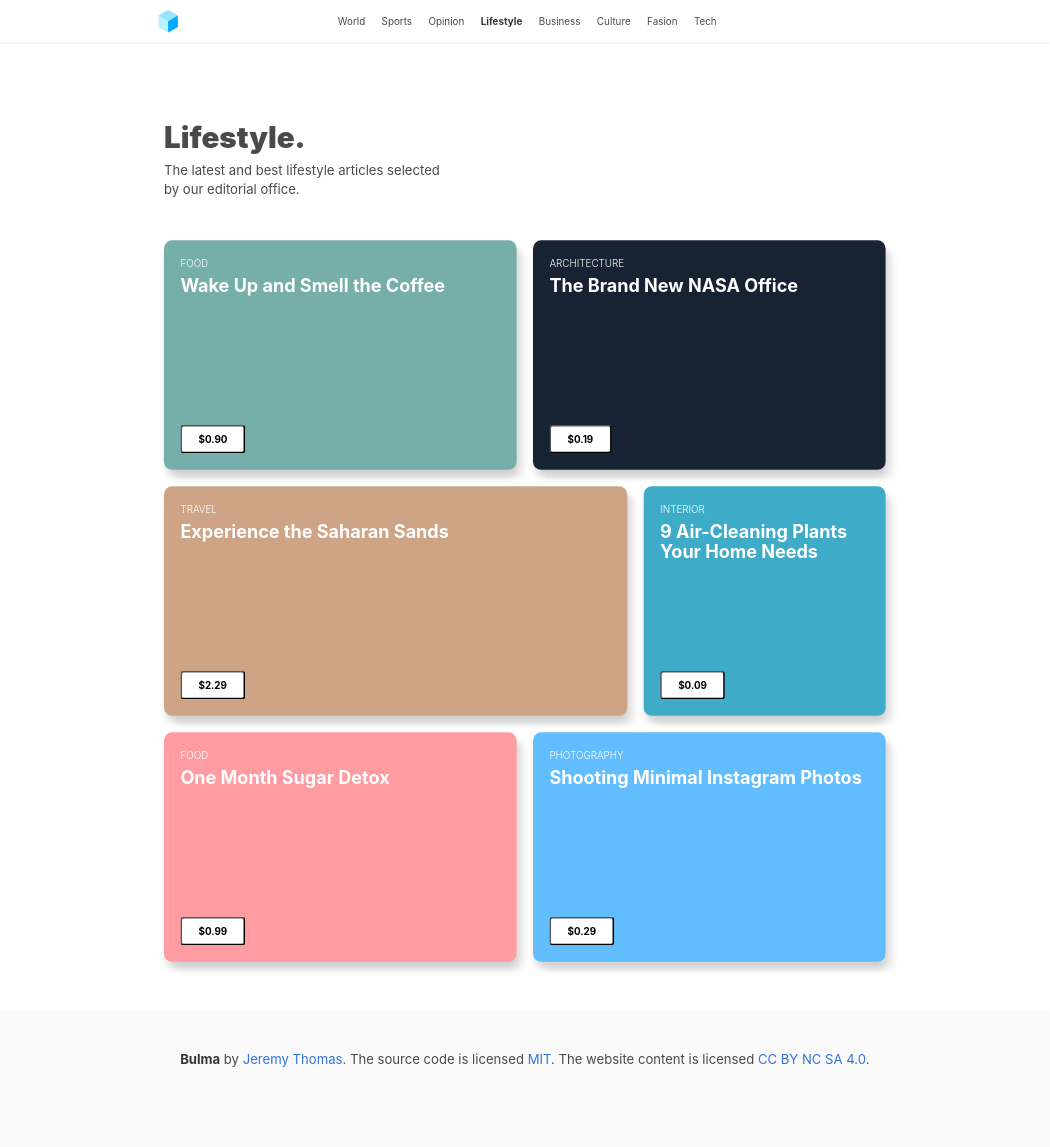
Repository: DOODpls/js_ass1
Page: index.html
An editor plug-in stored every save of this project. The page is shown before and after the next save, followed by the edit.
The browser window is 1280 px wide. The pictures show the whole page, at 82% of full size.

Above is the page before, as saved 2019-11-22 19:01:46.

### index.html
<!DOCTYPE html>
<html>
<head>
    <title></title>
    <link rel="stylesheet" href="https://cdnjs.cloudflare.com/ajax/libs/bulma/0.7.5/css/bulma.min.css" integrity="sha256-vK3UTo/8wHbaUn+dTQD0X6dzidqc5l7gczvH+Bnowwk=" crossorigin="anonymous" />
    <link rel="stylesheet" type="text/css" href="./styles.css">
</head>
<body>

    <nav class="navbar">
        <div class="container">
            <div class="logo"></div>
            <ul>
                <li>World</li>
                <li>Sports</li>
                <li>Opinion</li>
                <li><strong>Lifestyle</strong></li>
                <li>Business</li>
                <li>Culture</li>
                <li>Fasion</li>
                <li>Tech</li>
            </ul>
            <span class="icon">
              <i class="ion-ionic" style='color: black; background: black;'></i>
            </span>
        </div>
    </nav>

    <section class="section">
        <div class="container">
            <div style='margin: 40px 10px 40px'>
                <h1>Lifestyle.</h1>
                <p>The latest and best lifestyle articles selected<br/>
                    by our editorial office.
                </p>
            </div>
        </div>
        <div class="container">
            <div class='card-row' id='content'></div>
        </div>
    </section>

    <footer class="footer">
        <div class="content has-text-centered">
            <p>
                <strong>Bulma</strong> by <a href="https://jgthms.com">Jeremy Thomas</a>. The source code is licensed
                <a href="http://opensource.org/licenses/mit-license.php">MIT</a>. The website content
                is licensed <a href="http://creativecommons.org/licenses/by-nc-sa/4.0/">CC BY NC SA 4.0</a>.
            </p>
        </div>
    </footer>

    <script type="text/javascript" src='./app.js'></script>
</body>
</html>

### styles.css
/* - - - - - - - - - - - - - - - - - - - - - - - - - - - - - -
GENERAL
- - - - - - - - - - - - - - - - - - - - - - - - - - - - - - */
h1 {
    font-size: 36px;
    font-weight: 900;
}

.container {
    max-width: 900px;
}

/* - - - - - - - - - - - - - - - - - - - - - - - - - - - - - -
NAV
- - - - - - - - - - - - - - - - - - - - - - - - - - - - - - */
nav {
    border-bottom: 1px solid #ededed;
}

.navbar > .container {
    display: flex;
    align-items: center;
    justify-content: space-between;
}

nav .container ul {
    display: flex;
}

nav .container ul li {
    margin: 0 10px;
    font-size: 12px;
}

.logo {
    background: url('./img/logo.svg');
    background-size: 24px;
    background-position: center;
    background-repeat: no-repeat;

    height: 30px;
    width: 30px;
}

@media (max-width: 600px) {
    nav .container {
        padding: 0 30px;
    }

    nav .container ul {
        display: none;
    }
}

/* TILES */
.card-row {
    display: flex;
    flex-wrap: wrap;
}

.card {
    height: 280px;
    border-radius: 10px;
    background: rgba(23, 35, 50, 1);
    flex: 1 230px;
    margin: 10px;
    padding: 20px;
    position: relative;
    box-shadow: 2px 8px 9px 0px rgba(0, 0, 0, 0.14),
        11px 11px 6px rgba(0, 0, 0, 0.05);
}

.card .buy-button {
    position: absolute;
    bottom: 20px;
    left: 20px;
    background: white;
    color: black;
    border-radius: 4px;
    padding: 8px 20px;
    font-size: 12px;
    font-weight: 700;
}

.card .topic {
    color: white;
    font-weight: 300;
    font-size: 12px;
    text-transform: uppercase;
    margin-bottom: 5px;
}
.card .title {
    color: white;
    font-weight: 700;
    font-size: 22px;
}

### app.js
const green = 'rgba(118,174, 170, 1)'
const black = 'rgba(23,35, 50, 1)'
const brown = 'rgba(205,164, 133, 1)'
const greenblue = 'rgba(62,171, 201, 1)'
const pink = 'rgba(254,156, 161, 1)'
const blue = 'rgba(98,189, 254, 1)'

const data = [
    {
        topic: 'Food',
        title: 'Wake Up and Smell the Coffee',
        price: '$0.90',
        color: green
    },
    {
        topic: 'Architecture',
        title: 'The Brand New NASA Office',
        price: '$0.19',
        color: black
    },
    {
        topic: 'Travel',
        title: 'Experience the Saharan Sands',
        price: '$2.29',
        color: brown
    },
    {
        topic: 'Interior',
        title: '9 Air-Cleaning Plants Your Home Needs',
        price: '$0.09',
        color: greenblue
    },
    {
        topic: 'Food',
        title: 'One Month Sugar Detox',
        price: '$0.99',
        color: pink
    },
    {
        topic: 'Photography',
        title: 'Shooting Minimal Instagram Photos',
        price: '$0.29',
        color: blue
    }
]

// Instructions
// Take the data above and display it as tiles on the page
        //tried to do sort, but i suck
        // const button1 = document.querySelector('body section .container')
        // const btn1 = document.createElement('button')
        // btn1.className= 'buy-button'
        // btn1.id = "butt1"
        // button1.appendChild(btn1)

        // function sort1(){
        //     data.sort((a, b) => (a.topic > b.topic) ? 1 : -1)
        // }

        // const button2 = document.querySelector('#butt1')
        // button2.addEventListener('click', function(event) {
        //     sort1()
        // })

    for(i=0; i<data.length; i++){
        let heig
        if(i == 2 && 3 && 5 && 6){
            heig = '500px'
        }

        const tilers = document.querySelector('#content')
        const divr = document.createElement('div')
        divr.className= 'card'
        divr.style.backgroundColor = data[i].color
        divr.style.flex = heig
        divr.id = 'divtile'+ i
        tilers.appendChild(divr)

        const p1 = document.querySelector('#divtile'+i)
        const pr1 = document.createElement('p')
        pr1.textContent = data[i].topic
        pr1.className= 'topic'
        p1.appendChild(pr1)

        const p2 = document.querySelector('#divtile'+i)
        const pr2 = document.createElement('p')
        pr2.textContent = data[i].title
        pr2.className= 'title'
        p2.appendChild(pr2)

        const btn1 = document.querySelector('#divtile'+i)
        const btr2 = document.createElement('button')
        btr2.textContent = data[i].price
        btr2.className= 'buy-button'
        btn1.appendChild(btr2)
    }

    // data.forEach(function(item)
    // {
    //     const tilers = document.querySelector('#content')
    //     const divr = document.createElement('div')
    //     divr.className = 'card'
    //     divr.style.backgroundColor = item.color
    //     tilers.appendChild(divr)

    //     const pr1 = document.createElement('p')
    //     pr1.textContent = item.topic
    //     pr1.className= 'topic'
    //     divr.appendChild(pr1)

    //     const pr2 = document.createElement('p')
    //     pr2.textContent = item.title
    //     pr2.className= 'title'
    //     divr.appendChild(pr2)

    //     const btr2 = document.createElement('button')
    //     btr2.textContent = item.price
    //     btr2.className= 'buy-button'
    //     divr.appendChild(btr2)
    // })


    //this one also works lolllll
    // data.forEach(function(items)
    // {
    // //   document.getElementById('content').innerHTML += '<div class="card" style="background-color:'+items.color+'"><p class="topic">'+items.topic+'</p><p class="title">'+items.title+'</p><button class="buy-button">'+items.price+'</button></div>';
    // })

After the next save:
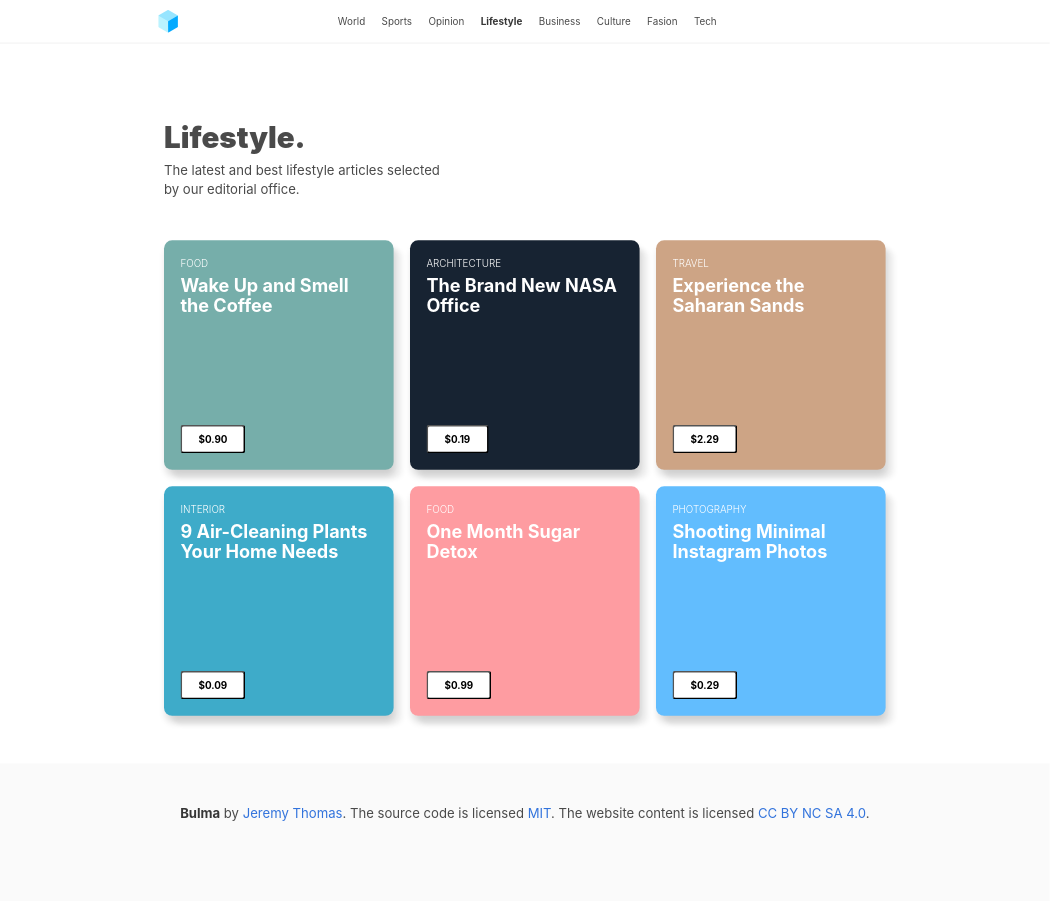
Saved 22 s later.
--- a/app.js
+++ b/app.js
@@ -64,7 +64,7 @@
 
     for(i=0; i<data.length; i++){
         let heig
-        if(i == 2 && 3 && 5 && 6){
+        if(i == (2 && 3 && 5 && 6)){
             heig = '500px'
         }
 

After the save that followed:
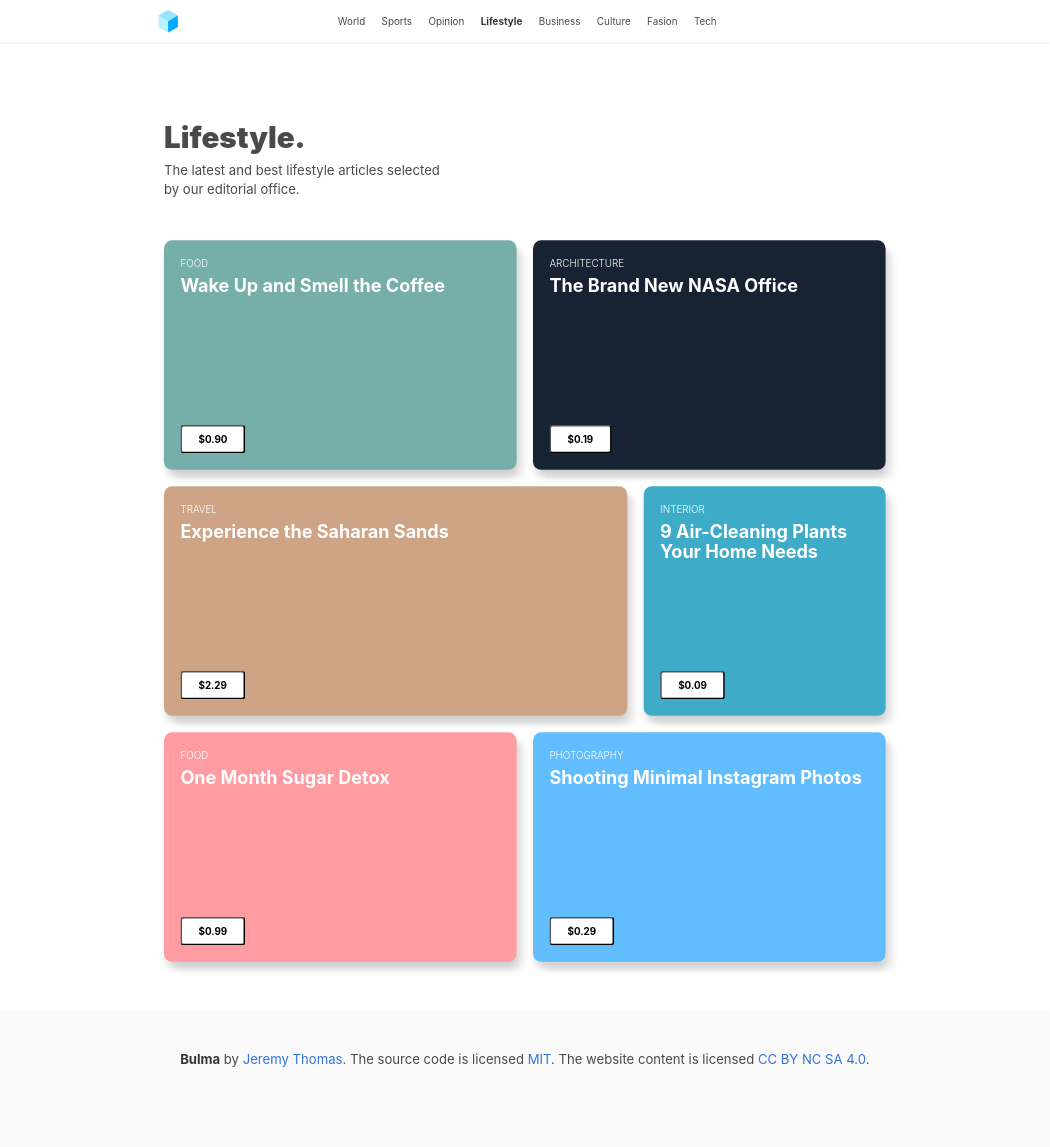
Saved 7 s later.
--- a/app.js
+++ b/app.js
@@ -64,7 +64,7 @@
 
     for(i=0; i<data.length; i++){
         let heig
-        if(i == (2 && 3 && 5 && 6)){
+        if(i == 2){
             heig = '500px'
         }
 
